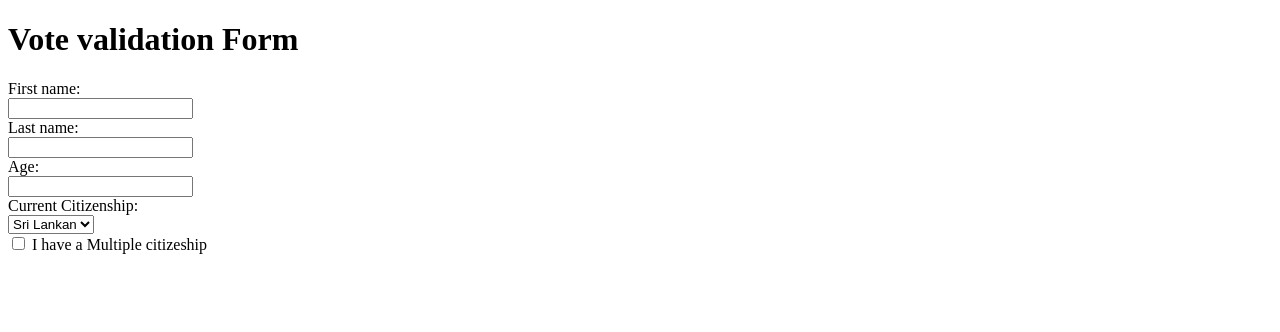
Repository: shafraz17/Servlet
Page: http://localhost/SemLab4/VoteForm.jsp
These files come from the project's save history. The page is drawn as it stood at one moment and after the next save; the edit follows.
The browser window is 1280 px wide. The pictures show the whole page.
The page is served by Tomcat 9. Other server files are loaded and not shown.

Above is the page before, as saved 2019-01-19 06:05:16.

### JSP LAB/SemLab4/WebContent/VoteForm.jsp
<%@ page language="java" contentType="text/html; charset=ISO-8859-1"
    pageEncoding="ISO-8859-1"%>
<!DOCTYPE html PUBLIC "-//W3C//DTD HTML 4.01 Transitional//EN" "http://www.w3.org/TR/html4/loose.dtd">
<html>
<head>
<meta http-equiv="Content-Type" content="text/html; charset=ISO-8859-1">
<title>Vote Form</title>
</head>
<body>
	<h1>Vote validation Form</h1>
	<form action="MyServlet" method="get">

	First name:<br>
	<input type="text" name="firstname">
	<br>
	Last name:<br>
	<input type="text" name="lastname">
	<br>
	Age:<br>
	<input type="text" name="age">
	<br>
	Current Citizenship:<br>
	<select>
  <option value="lanka">Sri Lankan</option>
  <option value="india">Indian</option>
  <option value="ausi">Australian</option>
	</select>

	<br>
	<input type="checkbox" name="multi"> I have a Multiple citizeship



	</form>

</body>
</html>

After the next save:
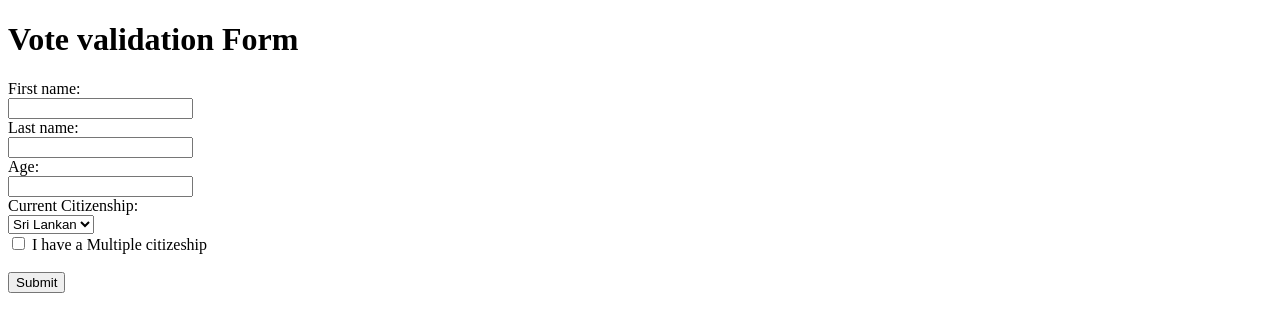
Saved 54 s later.
--- a/JSP LAB/SemLab4/WebContent/VoteForm.jsp
+++ b/JSP LAB/SemLab4/WebContent/VoteForm.jsp
@@ -28,6 +28,9 @@
 
 	<br>
 	<input type="checkbox" name="multi"> I have a Multiple citizeship
+	<br><br>
+
+	<input type="submit" value="Submit">
 
 
 
